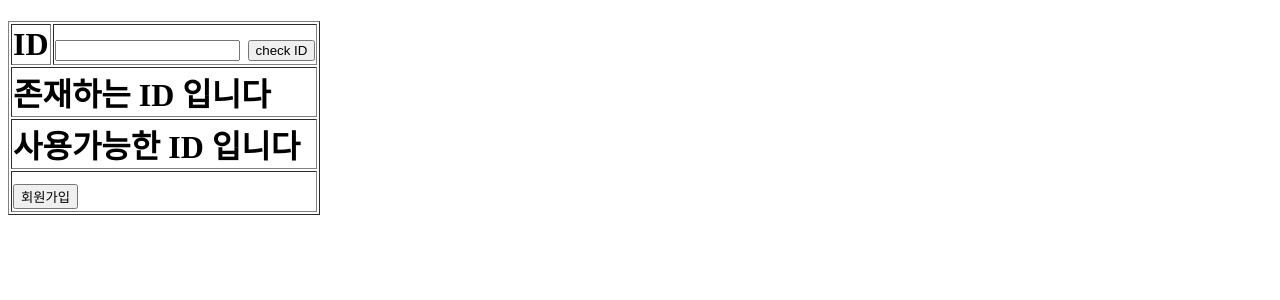
Repository: siucrystal/siuproject
Page: http://localhost/myweb/idcheck.jsp
The author's editor kept a copy of each file at every save. The page is drawn from the files as they stood at one save, then again after the next save.
The browser window is 1280 px wide. The pictures show the whole page.
The page is served by Tomcat 9. Other server files are loaded and not shown.

Above is the page before, as saved 2023-09-19 02:50:01.

### jspws/myweb/src/main/webapp/idcheck.jsp
<%@ page language="java" contentType="text/html; charset=UTF-8"
    pageEncoding="UTF-8"%>
<!DOCTYPE html>
<html>
<head>
<script type="text/javascript" src="http://code.jquery.com/jquery-3.5.1.min.js"></script>
<script>
	function getMemberAjax(id) {
		$.ajax({
			contentType : 'application/json',
			type: 'GET',
			url: 'getMemberjson.jsp',
			data: {id:id},
			dataType: 'json',
			success: function(response) {
				console.log(response);
			},
			error : function(xhr, status, error) {
				console.log(xhr, status, error);
			}
		});
	}

	$(function name(){
		$('#checkBtn').on('click',function(){
			getMemberAjax($('#id').val());
		});
	})
</script>
<meta charset="UTF-8">
<title>test idcheck</title>
</head>
<body>
<h1>
	<form name="joinForm" action="getMemberjson.jsp" method="post">
		<table border="1">
			<tr><th>ID</th>
			<td><input type="text" name="id" id="id">
			<input type="button" value="check ID" id="checkBtn">
			</td></tr>
			<tr><td colspan="2">존재하는 ID 입니다</td></tr>
			<tr><td colspan="2">사용가능한 ID 입니다</td></tr>
			<tr><td colspan="2"><input type="submit" value="회원가입"></td></tr>
		</table>
	</form>
</h1>
</body>
</html>

After the next save:
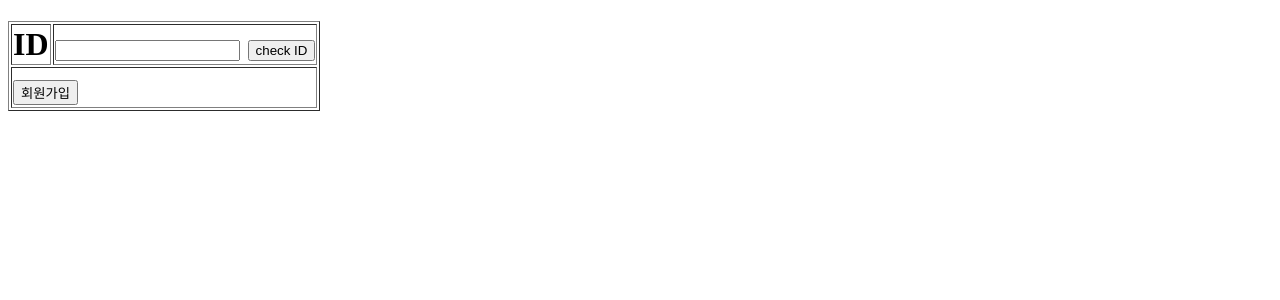
Saved 3 min 41 s later.
--- a/jspws/myweb/src/main/webapp/idcheck.jsp
+++ b/jspws/myweb/src/main/webapp/idcheck.jsp
@@ -13,7 +13,12 @@
 			data: {id:id},
 			dataType: 'json',
 			success: function(response) {
-				console.log(response);
+				console.log(response); // {rs: '1'}
+				if(rsponse['rs'] === '0') {
+					$('#use').show();
+				}else{
+					$('#notuse').show();
+				}
 			},
 			error : function(xhr, status, error) {
 				console.log(xhr, status, error);
@@ -22,6 +27,7 @@
 	}
 
 	$(function name(){
+		$('#notuse, #use').hide();
 		$('#checkBtn').on('click',function(){
 			getMemberAjax($('#id').val());
 		});
@@ -38,8 +44,8 @@
 			<td><input type="text" name="id" id="id">
 			<input type="button" value="check ID" id="checkBtn">
 			</td></tr>
-			<tr><td colspan="2">존재하는 ID 입니다</td></tr>
-			<tr><td colspan="2">사용가능한 ID 입니다</td></tr>
+			<tr id="notuse"><td colspan="2">존재하는 ID 입니다</td></tr>
+			<tr id="use"><td colspan="2">사용가능한 ID 입니다</td></tr>
 			<tr><td colspan="2"><input type="submit" value="회원가입"></td></tr>
 		</table>
 	</form>
